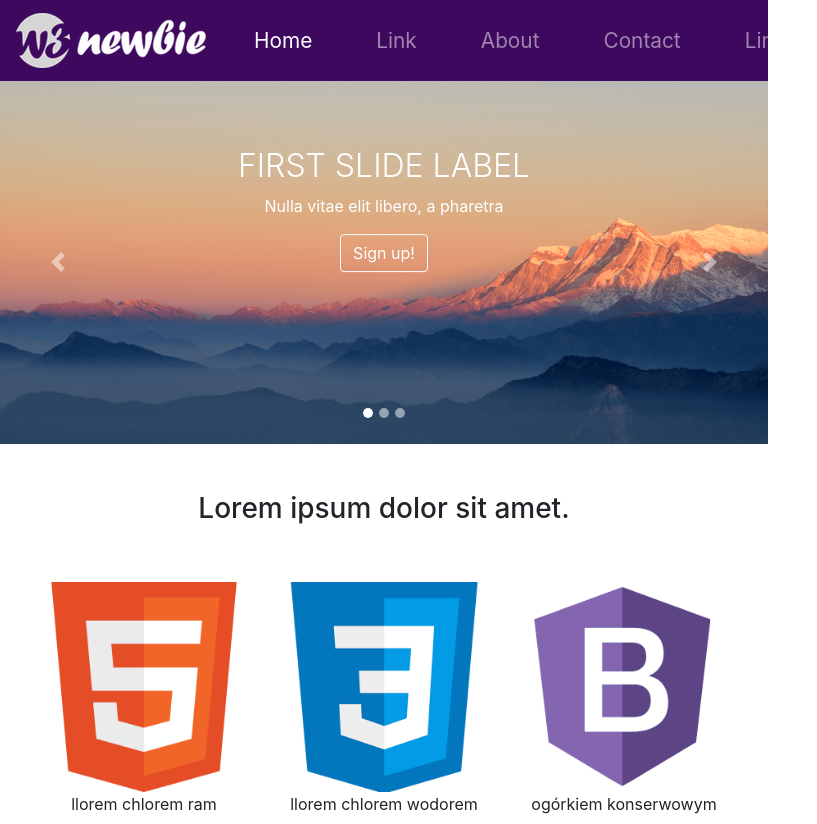
Repository: Mietlicha/bootstrap-project
Page: Bootstrap Website Files/index.html
An editor plug-in stored every save of this project. The page is shown before and after the next save, followed by the edit.
The browser window is 768 px wide. The page is 817 px wide, so the pictures cover 817 px, including what lies to the right of the window. The pictures show the whole page.

Above is the page before, as saved 2019-10-28 23:59:38.

After the next save:
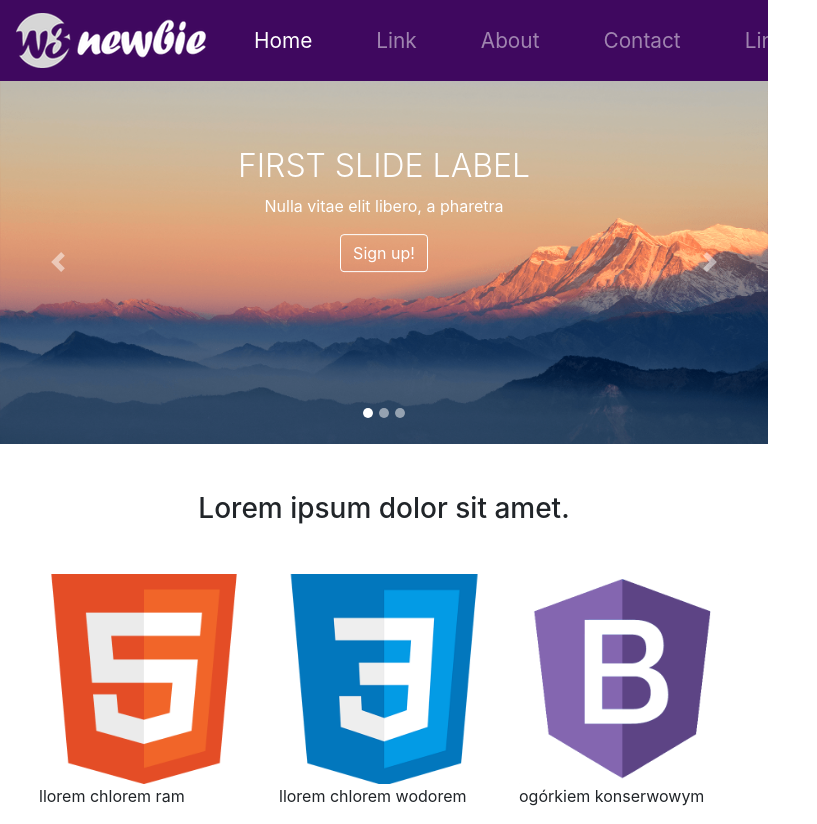
Saved 71 s later.
--- a/style.css
+++ b/style.css
@@ -78,12 +78,6 @@
         font-size: 2rem;
     }
 
-    .container figure{
-        max-width: 50%;
-        /* background-color: rgb(131, 21, 21); */
-        margin: 0.5rem auto;
-        text-align: center;
-    }
 }
 
 @media(max-width:500px){
